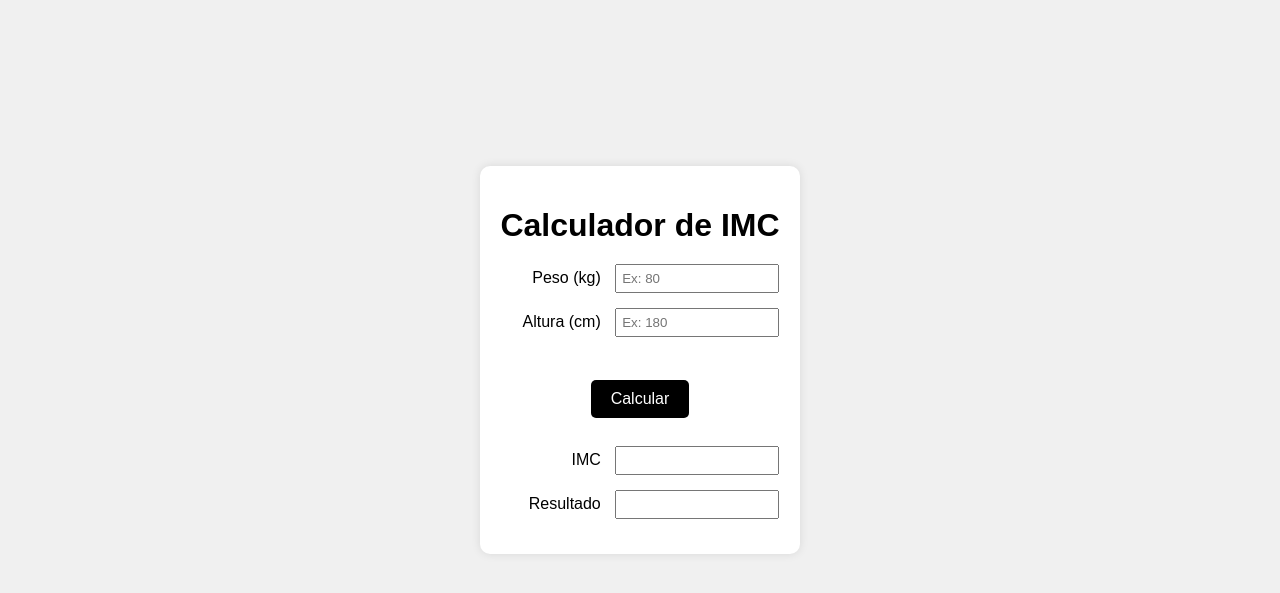
Repository: Gabrielb0rn/JavaScript-HTML.io
Page: atividade 7/index.html
The author's editor kept a copy of each file at every save. The page is drawn from the files as they stood at one save, then again after the next save.
The browser window is 1280 px wide. The pictures show the whole page.

Above is the page before, as saved 2024-07-04 11:20:27.

### atividade 7/index.html
<!DOCTYPE html>
<html lang="pt-BR">
<head>
    <meta charset="UTF-8">
    <meta name="viewport" content="width=device-width, initial-scale=1.0">
    <title>Calculador de IMC</title>
    <link rel="stylesheet" href="assets/style.css">
</head>
<body>
    <div class="imc-container">
        <h1>Calculador de IMC</h1>
        <form id="imc-form">
            <div class="input-group">
                <label for="peso">Peso (kg)</label>
                <input type="number" id="peso" required placeholder="Ex: 80">
            </div>
            <div class="input-group">
                <label for="altura">Altura (cm)</label>
                <input type="number" id="altura" step="0.01" required placeholder="Ex: 180">
            </div>
            <button type="button" onclick="calcularIMC()">Calcular</button>
            <div class="result-group">
                <label for="imc">IMC</label>
                <input type="text" id="imc" readonly>
            </div>
            <div class="result-group">
                <label for="resultado">Resultado</label>
                <input type="text" id="resultado" readonly>
            </div>
        </form>
    </div>
    <script src="assets/scripts.js"></script>
</body>
</html>

### atividade 7/assets/style.css
body {
    font-family: Arial, sans-serif;
    display: flex;
    justify-content: center;
    align-items: center;
    height: 100vh;
    margin: 0;
    background-color: #f0f0f0;
}

.imc-container {
    background-color: #fff;
    padding: 20px;
    border-radius: 10px;
    box-shadow: 0 0 10px rgba(0, 0, 0, 0.1);
    text-align: center;
}

h1 {
    margin-bottom: 20px;
}

.input-group, .result-group {
    margin-bottom: 15px;
}

label {
    display: inline-block;
    width: 100px;
    text-align: right;
    margin-right: 10px;
}

input[type="number"], input[type="text"] {
    width: 150px;
    padding: 5px;
}

button {
    padding: 10px 20px;
    font-size: 16px;
    cursor: pointer;
    background-color: #000;
    color: #fff;
    border: none;
    border-radius: 5px;
    margin: 10%;
}

### atividade 7/assets/scripts.js
function calcularIMC() {
    const peso = parseFloat(document.getElementById('peso').value);
    const altura = parseFloat(document.getElementById('altura').value) / 100;
    if (isNaN(peso) || isNaN(altura) || altura === 0) {
        alert("Por favor, insira valores válidos.");
        return;
    }

    const imc = peso / (altura * altura);
    document.getElementById('imc').value = imc.toFixed(2);

    let resultado;
    if (imc < 18.5) {
        resultado = "Abaixo do peso";
    } else if (imc >= 18.5 && imc <= 24.9) {
        resultado = "Peso normal";
    } else if (imc >= 25 && imc <= 29.9) {
        resultado = "Sobrepeso";
    } else {
        resultado = "Obesidade";
    }
    document.getElementById('resultado').value = resultado;
}

After the next save:
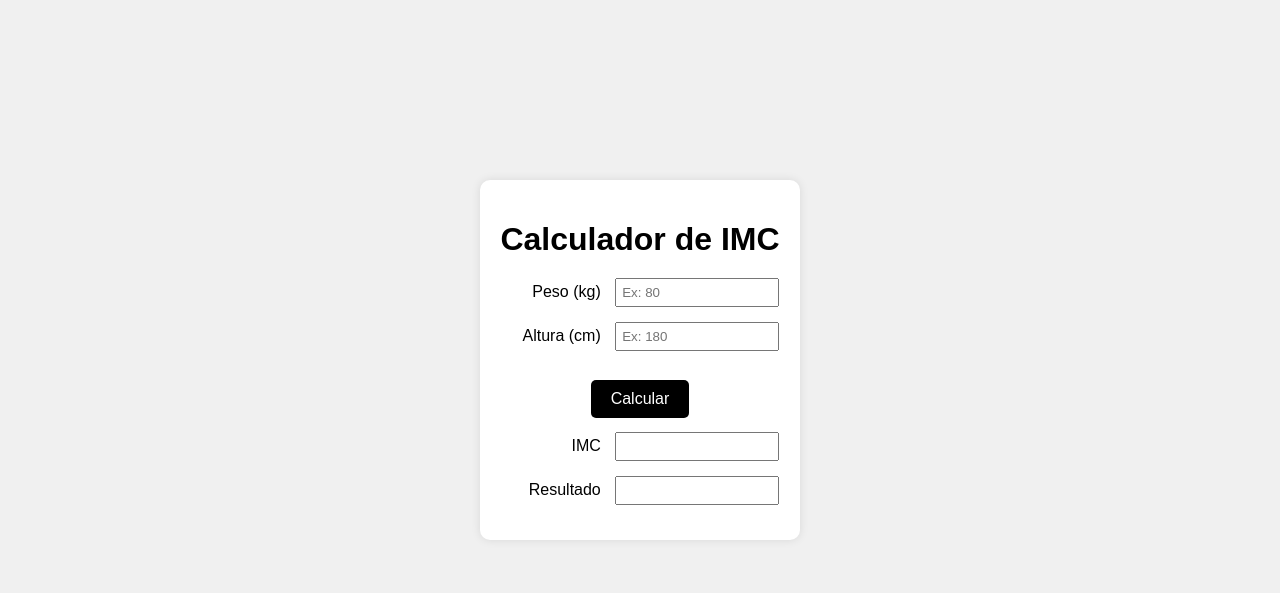
Saved 5 s later.
--- a/atividade 7/assets/style.css
+++ b/atividade 7/assets/style.css
@@ -44,5 +44,5 @@ button {
     color: #fff;
     border: none;
     border-radius: 5px;
-    margin: 10%;
+    margin: 5%;
 }
